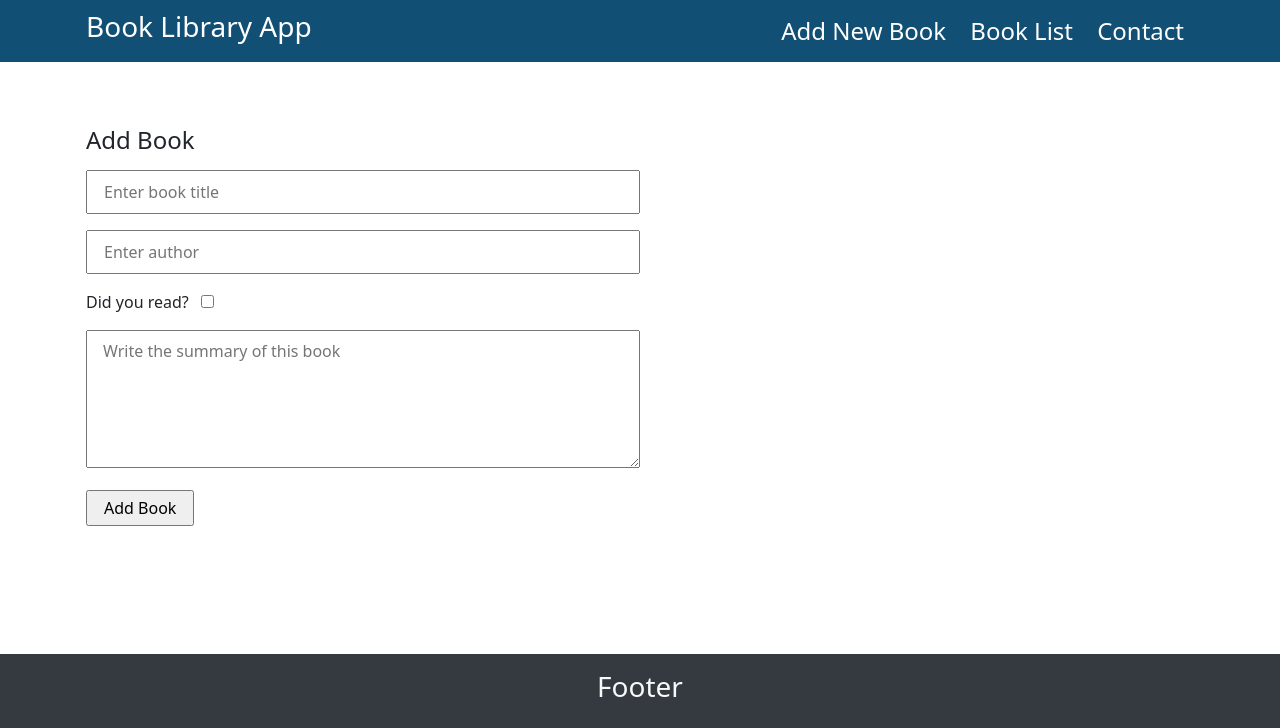
Repository: just-mann/booklibrary-app
Page: http://localhost/
The author's editor kept a copy of each file at every save. The page is drawn from the files as they stood at one save, then again after the next save.
The browser window is 1280 px wide. The pictures show the whole page.
The page is served by the project's Node server (app.js).

Above is the page before, as saved 2021-06-06 04:40:01.

### views/index.ejs
<!DOCTYPE html>
<html lang="en">
<%- include('./partials/Header') %>
<body>
    <%- include('./partials/Navbar') %>
      <div class="container py-2 home">
        <div class="w-50 p-5 py-2 px-0">
          <form action="/books" method="POST" class="p-5 px-0">
            <h4>Add Book</h4>
              <div class="my-3">
                <input class="px-3 py-2 title w-100" type="text" name="title" id="title" placeholder="Enter book title" required>
              </div>
              <div class="my-3">
                <input class="px-3 py-2 author w-100" type="text" name="author" id="author" placeholder="Enter author" required>
              </div>
              <div class="my-3">
                <label for="isRead" class="mr-2">Did you read?</label>
                <input class="px-3 py-2 isRead" type="checkbox" name="isRead" id="isRead">
              </div>
              <div class="my-3">
                <textarea class="px-3 py-2 isRead w-100" name="summary" id="summary" cols="30" rows="5" placeholder="Write the summary of this book" required></textarea>
              </div>
              <div class="my-3">
                <input class="px-3 py-1 submitBtn" type="submit" value="Add Book">
              </div>
          </form>
        </div>
      </div>
    <%- include('./partials/Footer') %>
</body>
</html>

### views/partials/Header.ejs
<head>
    <meta charset="UTF-8">
    <meta name="viewport" content="width=device-width, initial-scale=1.0">
    <title><%= title %></title>
    <link rel="stylesheet" href="https://stackpath.bootstrapcdn.com/bootstrap/5.0.0-alpha1/css/bootstrap.min.css" integrity="sha384-r4NyP46KrjDleawBgD5tp8Y7UzmLA05oM1iAEQ17CSuDqnUK2+k9luXQOfXJCJ4I" crossorigin="anonymous">
    <script src="https://cdn.jsdelivr.net/npm/popper.js@1.16.0/dist/umd/popper.min.js" integrity="sha384-Q6E9RHvbIyZFJoft+2mJbHaEWldlvI9IOYy5n3zV9zzTtmI3UksdQRVvoxMfooAo" crossorigin="anonymous"></script>
    <link rel="stylesheet" href="https://unpkg.com/aos@next/dist/aos.css" />
    <link rel="stylesheet" href="https://unpkg.com/aos@next/dist/aos.css" />
    <script src="https://stackpath.bootstrapcdn.com/bootstrap/5.0.0-alpha1/js/bootstrap.min.js" integrity="sha384-oesi62hOLfzrys4LxRF63OJCXdXDipiYWBnvTl9Y9/TRlw5xlKIEHpNyvvDShgf/" crossorigin="anonymous"></script>
    <link rel="stylesheet" href="/style.css">
  </head>

### views/partials/Navbar.ejs
<nav class="container-fluid sticky-top">
    <div class="container">
        <a href="/" class="logo"><h3>Book Library App</h3></a>
        <div class="nav__links">
            <a href="/">Add New Book</a>
            <a href="/booklist">Book List</a>
            <a href="/contact">Contact</a>
        </div>
    </div>
</nav>

### views/partials/Footer.ejs
<footer class="bg-dark py-3 text-light text-center">
    <script src="https://ajax.googleapis.com/ajax/libs/jquery/3.5.1/jquery.min.js"></script>
    <script src="/script.js"></script>
    <div class="container">
        <h3>Footer</h3>
    </div>
</footer>
<script src="https://unpkg.com/aos@next/dist/aos.js"></script>
<script>
  AOS.init();
</script>

### app.js
const express = require('express'); //import express package
const app = express(); //initialize the express app
const bodyParser = require('body-parser') //import body-parser to handle data from the form
const MongoClient = require('mongodb').MongoClient; //import the mongodbClient
const { ObjectId } = require('bson');
const dbName = 'myBookList';
const dbCollectionName = 'bookCollection';

const PORT = process.env.PORT || 5000;


// Configure the body-parser
app.use(bodyParser.urlencoded({ extended: true }));


// Make static files accessible
app.use(express.static('public'));


// Set View Engine
app.set('view engine', 'ejs');



// Connect to Database
const dbURI = 'mongodb+srv://bookUser:cUk4rECaXyAWsNz8@crud-tutorial.xd65d.mongodb.net/myBookList?retryWrites=true&w=majority';
MongoClient.connect(dbURI, { useUnifiedTopology: true })
    .then(client => {

        app.listen(PORT, () => {
            console.log(`App is now running on PORT ${PORT} and Database: ${dbName} is connected`)
        });

        const db = client.db(`${dbName}`);

        const myCollection = db.collection(`${dbCollectionName}`);

        app.post('/books', (req, res) => {
            myCollection.insertOne(req.body)
                .then(result => {
                    console.log('Item added to database...');
                })
                .catch(err => console.log(err));
            res.redirect('bookList');
        })

        app.get('/booklist', (req, res) => {
            myCollection.find().sort({_id: -1}).toArray()
                .then(result => {
                    res.render('bookList', { myList: result, title: "Book List" });
                })
                .catch(err => console.log(err));
        })


        app.get('/booklist/:id', (req, res) => {
            const id = req.params.id;
            myCollection.findOne({ _id: ObjectId(`${id}`)})
                .then(result => {
                    res.render('details', { singleBook: result, title: `Book Detail  -  ${result.title}` })
                })
                .catch(err => console.log(err));
        })


        app.delete('/booklist/:id', (req, res) => {
            const id = req.params.id;
            myCollection.deleteOne({_id: ObjectId(`${id}`)})
                .then(result => {
                    res.json({ redirect: '/booklist'})
                })
                .catch(err => console.log(err));
        })


        app.get('/', (req, res) => {
            res.render('index', { title: "Add New Book" });
        })


        app.get('/contact', (req, res) => {
            res.render('contact', { title: "Contact Me" });
        })

        app.use((req, res) => {
            res.status(404).render('404', { title: '404, Page Not Found'});
        })

    })
    .catch(err => console.log(err));

### public/style.css
* {
    padding: 0;
    margin: 0;
    box-sizing: border-box;
}
body {
    min-height: 100vh;
}

a {
    text-decoration: none;
}

nav {
    background-color: #114f74;
    padding: 10px 0px;
}

nav .container {
    display: flex;
    justify-content: space-between;
    align-items: center;
}

nav .container .logo h3 {
    color: #ffffff;
    font-weight: 350;
}

nav .container .nav__links {
    color: #ffffff;
}

nav .container .nav__links a {
    color: #ffffff;
    font-size: 1.5rem;
    padding: 10px 0px;
    margin: 0px 10px;
    font-weight: 300;
}

.nav__links a:hover {
    color: red;
}

.listDiv {
    display: flex;
    grid-template-columns: repeat(3, 1fr);
}

.list {
    max-width: 350px;
    min-height: 150px;
    margin: 0px 15px;
    background-color: #e2e2e2;
    border-left: 15px solid #41a1b9;
    opacity: 0.9;
    transition: opacity 0.6s;
}

.list:hover {
    opacity: 1;
}


/* Home Page */
.home {
    height: 82.3vh;
}



/* Book List Page */
.bookList {
    min-height: 81.3vh;
}






/* details page */
.details {
    height: 81.5vh;
}



.bookSummary {
    max-width: 500px;
    background: yellow;
}



/* Contact Page */
.contact {
    height: 82vh;
}

Loaded but not shown: public/script.js (no stored copy; drawn as an empty file)

After the next save:
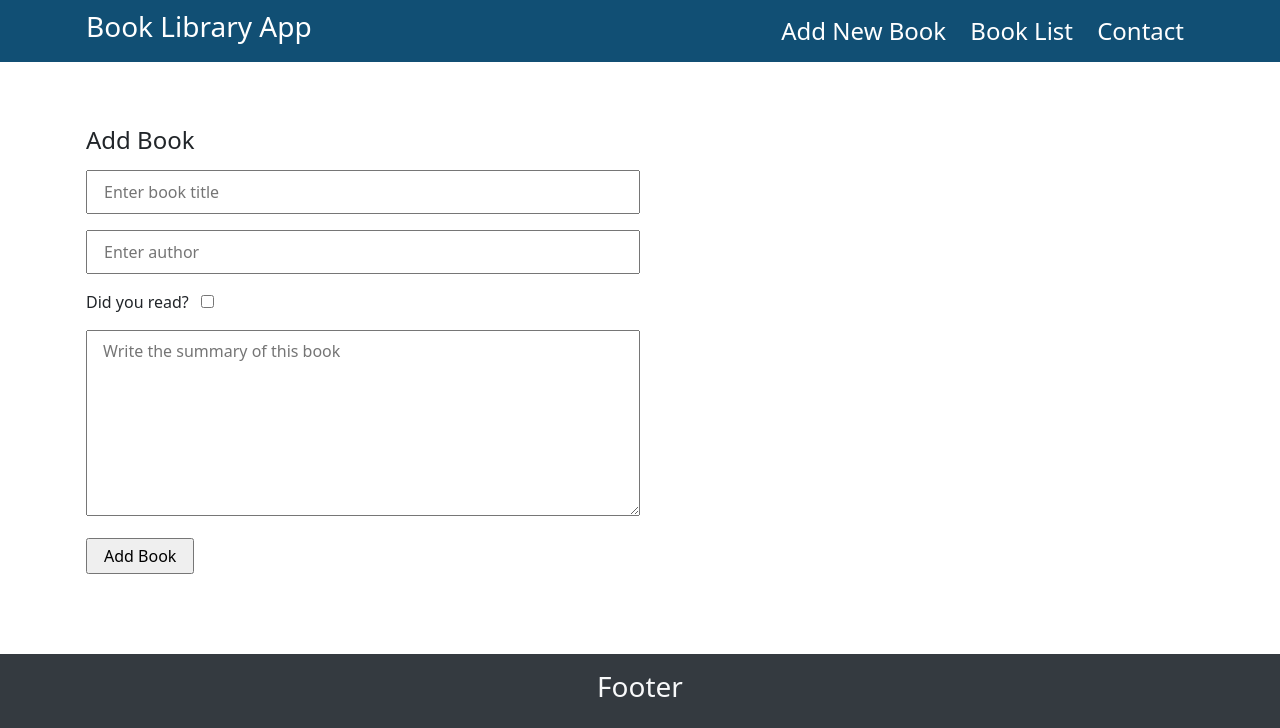
Saved 103 s later.
--- a/views/index.ejs
+++ b/views/index.ejs
@@ -18,7 +18,7 @@
                 <input class="px-3 py-2 isRead" type="checkbox" name="isRead" id="isRead">
               </div>
               <div class="my-3">
-                <textarea class="px-3 py-2 isRead w-100" name="summary" id="summary" cols="30" rows="5" placeholder="Write the summary of this book" required></textarea>
+                <textarea class="px-3 py-2 isRead w-100" name="summary" id="summary" cols="30" rows="7" placeholder="Write the summary of this book" required></textarea>
               </div>
               <div class="my-3">
                 <input class="px-3 py-1 submitBtn" type="submit" value="Add Book">
